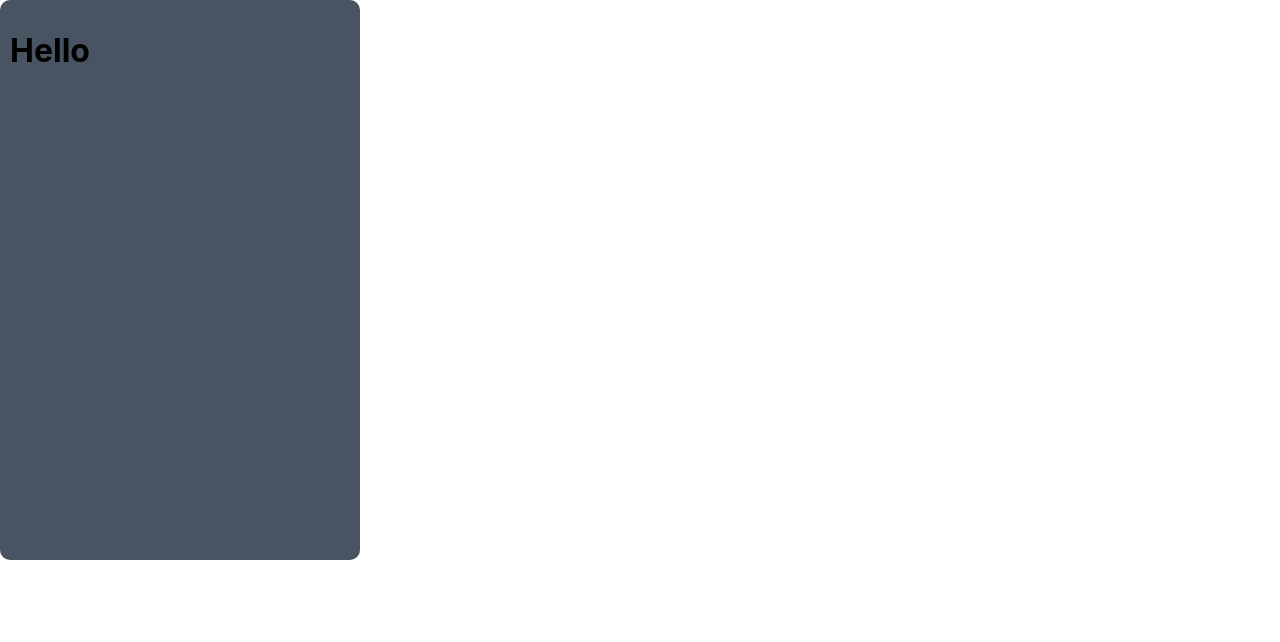
Repository: qudos4real/calculator
Page: /
An editor plug-in stored every save of this project. The page is shown before and after the next save, followed by the edit.
The browser window is 1280 px wide. The pictures show the whole page.
The project was rebuilt for these pictures with package versions that can differ from the ones it lists, and the page was loaded fresh each time.

Above is the page before, as saved 2022-10-07 21:10:05.

After the next save:
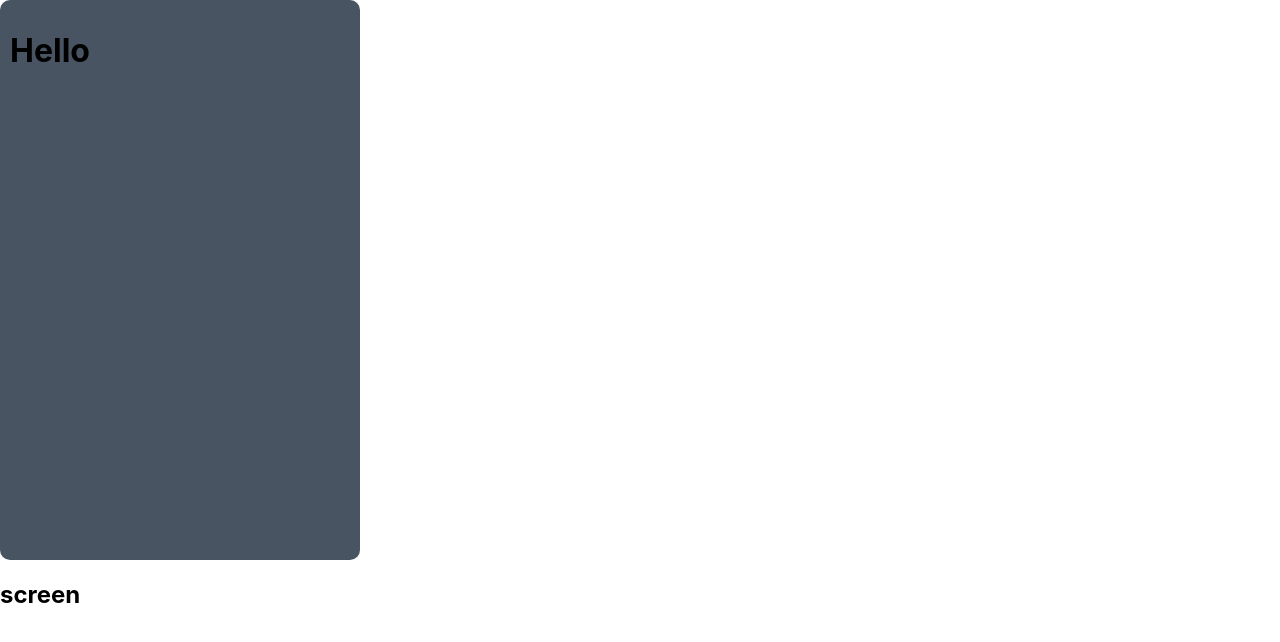
Saved 42 s later.
--- a/src/App.js
+++ b/src/App.js
@@ -1,3 +1,4 @@
+import { Display } from "./components/Display";
 import Wrapper from "./components/Wrapper";
 
 
@@ -6,6 +7,7 @@ function App() {
   return (
     <div>
       <Wrapper />
+      <Display />
     </div>
   );
 }
